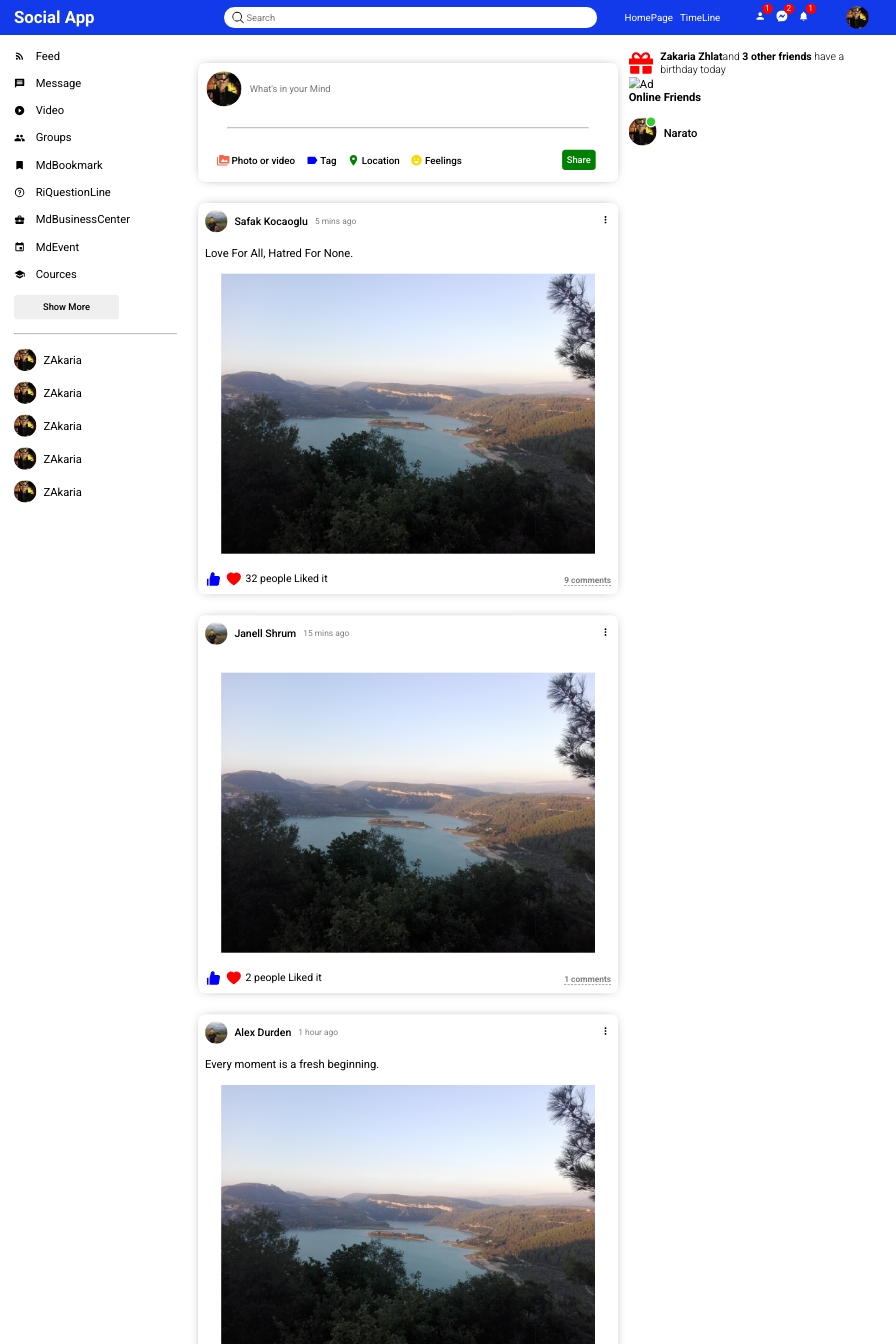
Repository: ZakariaZhlat125/Social-App
Page: /
An editor plug-in stored every save of this project. The page is shown before and after the next save, followed by the edit.
The browser window is 1280 px wide. The pictures show the part of the page from y = 0 to 1920 px (the page is 6066 px tall), at 70% of full size.
The project was rebuilt for these pictures with package versions that can differ from the ones it lists, and the page was loaded fresh each time. Also part of the build but not shown: vite.config.js.

Above is the page before, as saved 2023-01-11 23:05:42.

### index.html
<!DOCTYPE html>
<html lang="en">
  <head>
    <meta charset="UTF-8" />
    <meta name="viewport" content="width=device-width, initial-scale=1.0" />
    <link rel="preconnect" href="https://fonts.googleapis.com" />
    <link rel="preconnect" href="https://fonts.gstatic.com" crossorigin />
    <link
      href="https://fonts.googleapis.com/css2?family=Roboto:ital,wght@0,100;0,300;0,400;0,500;0,700;0,900;1,100;1,300;1,400;1,700;1,900&display=swap"
      rel="stylesheet"
    />
    <link rel="stylesheet" href="./src/style.css" />
    <title>Social App</title>
  </head>
  <body>
    <div id="root"></div>
    <script type="module" src="/src/main.jsx"></script>
  </body>
</html>

### src/style.css
*{
    margin: 0;
    font-family: 'Roboto',sans-serif;
}

### src/App.jsx
import Home from "./pages/home/home"

function App() {


  return (
   <div>
    <Home />
   </div>
  )}

export default App

### src/pages/home/Home.jsx
import Feed from "../../components/feed/Feed";
import Header from "../../components/header/Header";
import Rightbar from "../../components/rightbar/Rightbar";
import Sidebar from "../../components/sidebar/Sidebar";

import './Home.css'

function Home() {
  return (
    <>
      <Header />
      <div className="homeContainer">
        <Sidebar />
        <Feed />
        <Rightbar />
      </div>
    </>
  );
}

export default Home;

### src/components/feed/Feed.jsx
import "./Feed.css";
import Share from "../share/Share";
import Post from "../post/Post";
import { Posts } from "../../dummyData";

function Feed() {
  return (
    <div className="feed">
      <div className="feedWrapper"></div>
      <Share />
      {Posts.map((post) => (
        <Post key={post.id} post={post} />
      ))}
    </div>
  );
}

export default Feed;

### src/components/header/Header.jsx
import "./Header.css";
import { HiMagnifyingGlass } from "react-icons/hi2";
import { MdPerson,MdNotifications } from "react-icons/md";
import { SiMessenger } from "react-icons/si";
import profile from '../../assets/profile.jpg'
function Header() {
  return (
    <div className="HeaderContainer">
      <div className="headerLeft">
        <span className="logo">Social App</span>
      </div>
      <div className="headerCenter">
        <div className="searchBar">
        <HiMagnifyingGlass className="searchIcon" />
        <input placeholder="Search" className="searchInput" />
        </div>
      </div>
      <div className="headerRight">
        <div className="headerLinks">
          <span className="headerLink">HomePage</span>
          <span className="headerLink">TimeLine</span>
        </div>
        <div className="headerIcon">
          <div className="headerIconItem">
            <MdPerson />
            <span className="headerIconBage">1</span>
          </div>
          <div className="headerIconItem">
            <SiMessenger />
            <span className="headerIconBage">2</span>
          </div>
          <div className="headerIconItem">
            <MdNotifications />
            <span className="headerIconBage">1</span>
          </div>
        </div>
        <img src={profile} alt="" className="headerImg" />
      </div>
    </div>
  );
}

export default Header;

### src/components/rightbar/Rightbar.jsx
import "./Rightbar.css";
import {FaGift} from "react-icons/fa";
import profile from "../../assets/profile.jpg";


function Rightbar() {
  return (
    <div className="rightbar">
      <div className="rightbarWarpper">
        <div className="birthdayContainer">
          <FaGift color="red"  className="birthdayIcon"/>
          <span className="birthdayText">
            <b>Zakaria Zhlat</b>and <b>3 other friends</b> have a birthday today
          </span>
        </div>
        <img src="" alt="Ad" />
        <h4 className="rightbarTitle">Online Friends</h4>
        <ul className="rightFriendList">
          <li className="rightBarFriend">
            <div className="rightbarProfileImageContainer">
              <img src={profile} alt="" className="rightbarProfileImg" />
              <span className="rightbarOnline"></span>
            </div>
            <span className="rightUsername">Narato</span>
          </li>
        </ul>
      </div>
    </div>
  );
}

export default Rightbar;

### src/components/sidebar/Sidebar.jsx
import "./Sidebar.css";
import {
  MdRssFeed,
  MdMessage,
  MdGroup,
  MdBookmark,
  MdBusinessCenter,
  MdEvent,
  MdSchool,
  MdOutlinePlayCircleFilled,
} from "react-icons/md";
import { RiQuestionLine } from "react-icons/ri";
import profile from "../../assets/profile.jpg";

function Sidebar() {
  return (
    <div className="sidebar">
      <div className="sidebarWrapper">
        <ul className="sidebarList">
          <li className="sidebarListItem">
            <MdRssFeed className="sidebarIcon" />
            <span className="sidebarListItemText">Feed</span>
          </li>

          <li className="sidebarListItem">
            <MdMessage className="sidebarIcon" />
            <span className="sidebarListItemText">Message</span>
          </li>

          <li className="sidebarListItem">
            <MdOutlinePlayCircleFilled className="sidebarIcon" />
            <span className="sidebarListItemText">Video</span>
          </li>

          <li className="sidebarListItem">
            <MdGroup className="sidebarIcon" />
            <span className="sidebarListItemText">Groups</span>
          </li>

          <li className="sidebarListItem">
            <MdBookmark className="sidebarIcon" />
            <span className="sidebarListItemText">MdBookmark</span>
          </li>

          <li className="sidebarListItem">
            <RiQuestionLine className="sidebarIcon" />
            <span className="sidebarListItemText">RiQuestionLine</span>
          </li>

          <li className="sidebarListItem">
            <MdBusinessCenter className="sidebarIcon" />
            <span className="sidebarListItemText">MdBusinessCenter</span>
          </li>

          <li className="sidebarListItem">
            <MdEvent className="sidebarIcon" />
            <span className="sidebarListItemText">MdEvent</span>
          </li>

          <li className="sidebarListItem">
            <MdSchool className="sidebarIcon" />
            <span className="sidebarListItemText">Cources</span>
          </li>
        </ul>
        <button className="sidebarButton">Show More</button>
        <hr className="sidebarHr" />
        <ul className="sidebarFirendList">
          <li className="sidebarFriend">
            <img src={profile} alt="" className="sidebarFriendImg" />
            <span className="sidebarFriendName">ZAkaria</span>
          </li>
          <li className="sidebarFriend">
            <img src={profile} alt="" className="sidebarFriendImg" />

            <span className="sidebarFriendName">ZAkaria</span>
          </li>

          <li className="sidebarFriend">
            <img src={profile} alt="" className="sidebarFriendImg" />

            <span className="sidebarFriendName">ZAkaria</span>
          </li>

          <li className="sidebarFriend">
            <img src={profile} alt="" className="sidebarFriendImg" />

            <span className="sidebarFriendName">ZAkaria</span>
          </li>

          <li className="sidebarFriend">
            <img src={profile} alt="" className="sidebarFriendImg" />

            <span className="sidebarFriendName">ZAkaria</span>
          </li>

          <li className="sidebarFriend">
            <img src={profile} alt="" className="sidebarFriendImg" />

            <span className="sidebarFriendName">ZAkaria</span>
          </li>

          <li className="sidebarFriend">
            <img src={profile} alt="" className="sidebarFriendImg" />

            <span className="sidebarFriendName">ZAkaria</span>
          </li>

          <li className="sidebarFriend">
            <img src={profile} alt="" className="sidebarFriendImg" />

            <span className="sidebarFriendName">ZAkaria</span>
          </li>

          <li className="sidebarFriend">
            <img src={profile} alt="" className="sidebarFriendImg" />

            <span className="sidebarFriendName">ZAkaria</span>
          </li>

          <li className="sidebarFriend">
            <img src={profile} alt="" className="sidebarFriendImg" />

            <span className="sidebarFriendName">ZAkaria</span>
          </li>

          <li className="sidebarFriend">
            <img src={profile} alt="" className="sidebarFriendImg" />

            <span className="sidebarFriendName">ZAkaria</span>
          </li>

          <li className="sidebarFriend">
            <img src={profile} alt="" className="sidebarFriendImg" />

            <span className="sidebarFriendName">ZAkaria</span>
          </li>

          <li className="sidebarFriend">
            <img src={profile} alt="" className="sidebarFriendImg" />

            <span className="sidebarFriendName">ZAkaria</span>
          </li>

          <li className="sidebarFriend">
            <img src={profile} alt="" className="sidebarFriendImg" />

            <span className="sidebarFriendName">ZAkaria</span>
          </li>
        </ul>
      </div>
    </div>
  );
}

export default Sidebar;

### src/components/feed/Feed.css
.feed {
  flex: 5.5;
  margin-left: 10px;
}

.feedWrapper {

  padding: 20px;

}

### src/components/share/Share.jsx
import "./Share.css";
import profile from "../../assets/profile.jpg";
import { MdPermMedia,MdLabel,MdRoom,MdEmojiEmotions } from "react-icons/md";

export default function Share() {
  return (
    <div className="share">
      <div className="shareWarpper">
        <div className="shareTop">
          <img src={profile} alt="" className="shareProfileImg" />
          <input placeholder="What's in your Mind" className="shareInput" />
        </div>
        <hr className="sharehr" />
        <div className="sharebottom">
          <div className="shareOptions">
            <div className="shareOption">
              <MdPermMedia  className="shareIcon tomato" />
              <span className="shareOptionText">Photo or video </span>
            </div>
            <div className="shareOption">
              <MdLabel className="shareIcon blue" />
              <span className="shareOptionText">Tag</span>
            </div>
            <div className="shareOption">
              <MdRoom className="shareIcon green" />
              <span className="shareOptionText">Location</span>
            </div>
            <div className="shareOption">
              <MdEmojiEmotions className="shareIcon golde" />
              <span className="shareOptionText">Feelings </span>
            </div>
          </div>
          <button className="sharebutton">Share</button>
        </div>
      </div>
    </div>
  );
}

### src/components/post/Post.jsx
import React from "react";
import "./Post.css";
import profile from "../../assets/profile.jpg";
import { Users } from "../../dummyData";

import { MdMoreVert } from "react-icons/md";
import { AiFillLike, AiFillHeart } from "react-icons/ai";

export default function Post({post}) {

  return (
    <div className="post">
      <div className="postWarpper">
        <div className="postTop">
          <div className="postTopLeft">
            <img src={Users.filter((user) => user.id === post?.userId)[0].profilePicture} alt="profile Image" className="postProfileImg" />
            <span className="postUserName">{Users.filter((user) => user.id === post?.userId)[0].username}</span>
            <span className="postDate">{post.date}</span>
          </div>
          <div className="postTopRight">
            <MdMoreVert />
          </div>
        </div>
        <div className="postCenter">
          <div className="postText">{post?.desc}</div>
          <img src={post.photo} alt="" className="postImg" />
        </div>
        <div className="postBottom">
          <div className="postBottomLeft">
            <AiFillLike className="likeIcon" color=" blue" />
            <AiFillHeart className="likeIcon" color="red" />
            <span className="postLikeCounter">{post.like} people Liked it</span>
          </div>
          <div className="postBottomRight">
            <span className="postCommentText">{post.comment} comments</span>
          </div>
        </div>
      </div>
    </div>
  );
}

### src/dummyData.jsx
import  userphoto from './assets/person/1.jpeg'
import  postphoto from './assets/post/1.jpeg'
export const Users = [
  {
    id: 1,
    profilePicture: userphoto,
    username: "Safak Kocaoglu",
  },
  {
    id: 2,
    profilePicture: userphoto,
    username: "Janell Shrum",
  },
  {
    id: 3,
    profilePicture: userphoto,
    username: "Alex Durden",
  },
  {
    id: 4,
    profilePicture: userphoto,
    username: "Dora Hawks",
  },
  {
    id: 5,
    profilePicture: userphoto,
    username: "Thomas Holden",
  },
  {
    id: 6,
    profilePicture: userphoto,
    username: "Shirley Beauchamp",
  },
  {
    id: 7,
    profilePicture: userphoto,
    username: "Travis Bennett",
  },
  {
    id: 8,
    profilePicture: userphoto,
    username: "Kristen Thomas",
  },
  {
    id: 9,
    profilePicture: userphoto,
    username: "Gary Duty",
  },
  {
    id: 10,
    profilePicture: userphoto,
    username: "Safak Kocaoglu",
  },
];

export const Posts = [
  {
    id: 1,
    desc: "Love For All, Hatred For None.",
    photo: postphoto,
    date: "5 mins ago",
    userId: 1,
    like: 32,
    comment: 9,
  },
  {
    id: 2,
    photo: postphoto,
    date: "15 mins ago",
    userId: 2,
    like: 2,
    comment: 1,
  },
  {
    id: 3,
    desc: "Every moment is a fresh beginning.",
    photo: postphoto,
    date: "1 hour ago",
    userId: 3,
    like: 61,
    comment: 2,
  },
  {
    id: 4,
    photo: postphoto,
    date: "4 hours ago",
    userId: 4,
    like: 7,
    comment: 3,
  },
  {
    id: 5,
    photo: postphoto,
    date: "5 hours ago",
    userId: 5,
    like: 23,
    comment: 5,
  },
  {
    id: 6,
    photo: "assets/post/1.jpeg",
    date: "1 day ago",
    userId: 6,
    like: 44,
    comment: 6,
  },
  {
    id: 7,
    desc: "Never regret anything that made you smile.",
    photo: postphoto,
    date: "2 days ago",
    userId: 7,
    like: 52,
    comment: 3,
  },
  {
    id: 8,
    photo: postphoto,
    date: "3 days ago",
    userId: 8,
    like: 15,
    comment: 1,
  },
  {
    id: 9,
    desc: "Change the world by being yourself.",
    photo: postphoto,
    date: "5 days ago",
    userId: 9,
    like: 11,
    comment: 2,
  },
  {
    id: 10,
    photo: postphoto,
    date: "1 week ago",
    userId: 10,
    like: 104,
    comment: 12,
  },
];

### src/components/header/Header.css
.HeaderContainer {
  height: 50px;
  width: 100%;
  background-color: #123aeb;
  display: flex;
  align-items: center;
  position: sticky;
  top: 0;
  z-index: 999;
}

.headerLeft {
  flex: 3;
}

.logo {
  font-size: 24px;
  margin-left: 20px;
  font-weight: bold;
  color: white;
  cursor: pointer;
}

.headerCenter {
  flex: 5;
}

.searchBar {
  display: flex;
  width: 100%;
  height: 30px;
  background-color: white;
  border-radius: 30px;
  align-items: center;
}

.searchIcon {
  font-size: 20px !important;
  margin-left: 10px;
}

.searchInput {
  width: 80%;
  border: none;
}

.searchInput:focus {
  outline: none;
}

.headerRight {
  display: flex;
  flex: 4;
  align-items: center;
  justify-content: space-evenly;
  color: white;
}

.headerLinks {
  display: flex;
}

.headerLink {
  margin-right: 10px;
  font-size: 14px;
  cursor: pointer;
}

.headerIcon {
  display: flex;
}

.headerIconItem {
  margin-right: 15px;
  cursor: pointer;
  position: relative;
}

.headerIconBage {
  width: 15px;
  height: 15px;
  background-color: red;
  border-radius: 50px;
  color: white;
  position: absolute;
  top: -10px;
  right: -10px;
  display: flex;
  justify-content: center;
  font-size: 12px;
}

.headerImg {
  width: 32px;
  height: 32px;
  border-radius: 50%;
  object-fit: cover;
  cursor: pointer;
}

### src/components/rightbar/Rightbar.css
.rightbar {
  flex: 3.5;
  margin-left: 15px;
  position: sticky;
}
.rightbarWarpper {
  padding: 20px 20px 0 0;
}

.birthdayContainer {
  display: flex;
  align-items: center;
}

.birthdayIcon {
  width: 40px;
  height: 40px;
  margin-right: 10px;
}

.birthdayText {
  font-weight: 300;
  font-size: 15px;
}

.rightbarTitle {
    margin-bottom: 20px;
}

.rightFriendList {
    padding: 0;
    margin: 0;
    list-style: none;
}

.rightBarFriend {
    display: flex;
    align-items: center;
    margin-bottom: 15px;
}

.rightbarProfileImageContainer {
    margin-right: 10px;
    position: relative;
}

.rightbarProfileImg {
    width: 40px;
    height: 40px;
    border-radius: 50%;
    object-fit: cover;
}

.rightbarOnline {
    width: 12px;
    height: 12px;
    border-radius: 50%;
    background-color:limegreen;
    position: absolute;
    top: -2px;
    right: 0;
    border: 2px solid white;

}

.rightUsername{
font-weight: 500;
}

### src/components/sidebar/Sidebar.css
.sidebar {
  flex: 2.5;
  height: calc(100vh - 50px);
  overflow: scroll;
  position: sticky;
  top: 50px;
}

::-webkit-scrollbar{
    width: 5px;
}
::-webkit-scrollbar-track{
    background-color: #f1f1f1;
}
::-webkit-scrollbar-thumb{
   background-color: rgb(179, 179, 179);
}
.sidebarWrapper {
  padding: 20px;
}
.sidebarList {
  padding: 0;
  margin: 0;
  list-style: none;
}

.sidebarListItem {
  display: flex;
  align-items: center;
  margin-bottom: 20px;
  cursor: pointer;
}

.sidebarIcon {
  margin-right: 15px;
}
.sidebarListItemText {
}

.sidebarButton {
    width: 150px;
    border: none;
    padding: 10px;
    border-radius: 5px;
    font-weight: 500;
}
.sidebarHr {
    margin: 20px 0;
}
.sidebarFirendList {
    padding: 0;
    margin: 0;
    list-style: none;
}
.sidebarFriend {
    display: flex;
    align-items: center;
    margin-bottom: 15px;
}
.sidebarFriendImg {
width: 32px;
height: 32px;
border-radius: 50%;
object-fit: cover;
margin-right: 10px;
}

.sidebarFriendName {

}

### src/components/share/Share.css
.share {
  width: 100%;
  height: 170px;
  border-radius: 10px;
  -webkit-box-shadow: 0px 0px 16px -8px rgba(0, 0, 0, 0.68);
  box-shadow: 0px 0px 16px -8px rgba(0, 0, 0, 0.68);
}

.shareWarpper {
  padding: 12px;
}

/*Top section */
.shareTop {
  display: flex;
  align-items: center;
}

.shareProfileImg {
  width: 50px;
  height: 50px;
  border-radius: 50%;
  object-fit: cover;
  margin-right: 10px;
}

.shareInput {
  border: none;
  width: 80%;
}

.shareInput:focus {
  outline: none;
}

.sharehr {
  margin: 30px;
}
/*end top section*/

/*bottom Section*/
.sharebottom {
  display: flex;
  align-items: center;
  justify-content: space-between;
}

.shareOptions {
  display: flex;
  margin-left: 15px;
}

.shareOption {
  display: flex;
  align-items: center;
  margin-right: 15px;
  cursor: pointer;
}

.shareIcon {
  font-size: 18px;
  margin-right: 3px;
}

.shareOptionText {
  font-size: 14px;
  font-weight: 500;
}

.sharebutton {
  border: none;
  padding: 7px;
  border-radius: 5px;
  background-color: green;
  font-weight: 500;
  margin-right: 20px;
  cursor: pointer;
  color: white;
}
/*end bottom section */

/*color class for Icons*/
.tomato {
  color: tomato;
}

.blue {
  color: blue;
}

.green {
  color: green;
}

.golde {
  color: gold;
}
/*enc color section */

### src/components/post/Post.css
.post {
  width: 100%;
  border-radius: 10px;
  -webkit-box-shadow: 0px 0px 16px -8px rgba(0, 0, 0, 0.68);
  box-shadow: 0px 0px 16px -8px rgba(0, 0, 0, 0.68);
  margin: 30px 0;
}

.postWarpper {
  padding: 10px;
}

/*start top section*/
.postTop {
  display: flex;
  align-items: center;
  justify-content: space-between;
}

.postTopLeft {
  display: flex;
  align-items: center;
}

.postProfileImg {
  width: 32px;
  height: 32px;
  border-radius: 50%;
  object-fit: cover;
}

.postUserName {
  font-size: 15px;
  font-weight: 500;
  margin: 0 10px;
}
.postDate {
  font-size: 12px;
  color: gray;
}
.postTopRight {
}



/*end top section*/

/*start center section*/
.postCenter {
    margin: 20px 0;
}

.postText {
}

.postImg {
    margin-top: 20px;
    width: 100%;
    max-height: 400px;
    object-fit:contain;
}

/*end center section*/

/*start bottom section*/
.postBottom {
    display: flex;
    align-items: center;
    justify-content: space-between;
}

.postBottomLeft {
    display: flex;
    align-items: center;

}

.likeIcon {
    width: 24px;
    height: 24px;
    margin-right: 5px;
    cursor: pointer;
}

.postLikeCounter {
    font-size: 15px;
}

.postBottomRight {
}

.postCommentText {
    cursor: pointer;
    border-bottom: 1px dashed gray;
    font-size: 12px;
    color:gray;
    font-weight: bold;

. {
}

. {
}

. {
}

/*end bottom section*/
. {
}

. {
}

. {
}

Loaded but not shown: src/main.jsx (common file); src/pages/home/Home.css (common file)

After the next save:
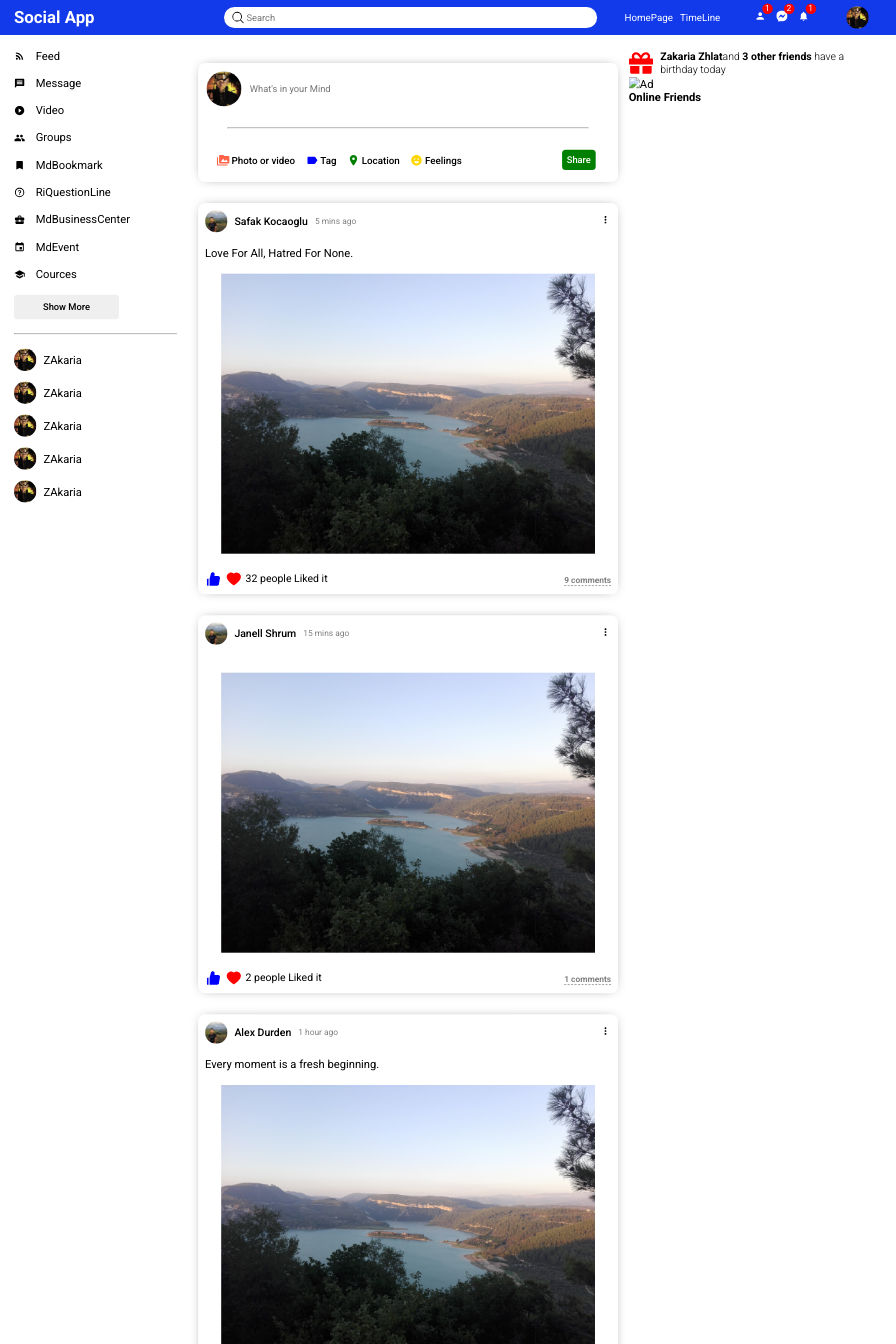
Saved 87 min 33 s later.
--- a/src/components/rightbar/Rightbar.jsx
+++ b/src/components/rightbar/Rightbar.jsx
@@ -1,6 +1,6 @@
 import "./Rightbar.css";
 import {FaGift} from "react-icons/fa";
-import profile from "../../assets/profile.jpg";
+import {Users} from '../../dummyData'
 
 
 function Rightbar() {
@@ -16,13 +16,7 @@ function Rightbar() {
         <img src="" alt="Ad" />
         <h4 className="rightbarTitle">Online Friends</h4>
         <ul className="rightFriendList">
-          <li className="rightBarFriend">
-            <div className="rightbarProfileImageContainer">
-              <img src={profile} alt="" className="rightbarProfileImg" />
-              <span className="rightbarOnline"></span>
-            </div>
-            <span className="rightUsername">Narato</span>
-          </li>
+
         </ul>
       </div>
     </div>
